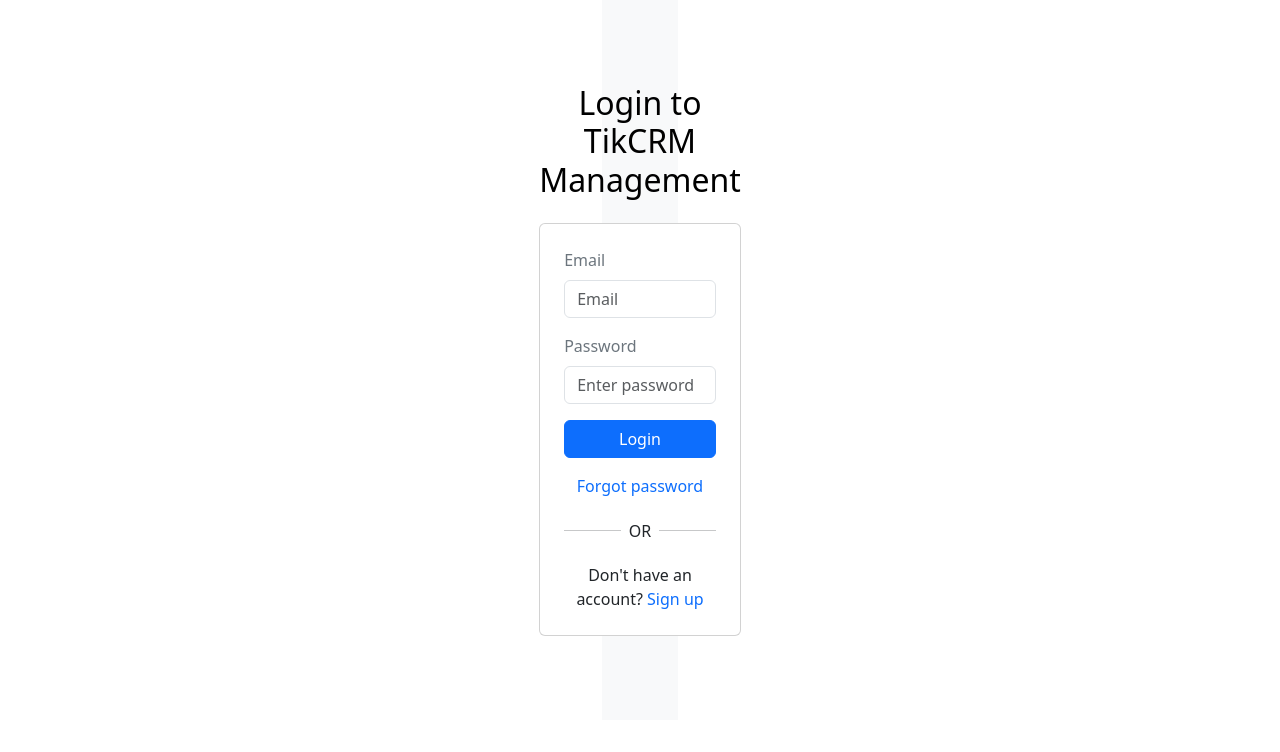
Repository: chaolaolo/tikcrm-fe
Page: /
An editor plug-in stored every save of this project. The page is shown before and after the next save, followed by the edit.
The browser window is 1280 px wide. The pictures show the whole page.
The project was rebuilt for these pictures with package versions that can differ from the ones it lists, and the page was loaded fresh each time. Also part of the build but not shown: vite.config.ts, src/pages/Home/Settings.tsx, src/pages/Home/HomePage.tsx. Imported but missing from the stored project, and not drawn on this page: src/pages/Home/Dashboard, src/pages/Register/RegisterPage.

Above is the page before, as saved 2025-05-22 22:06:38.

After the next save:
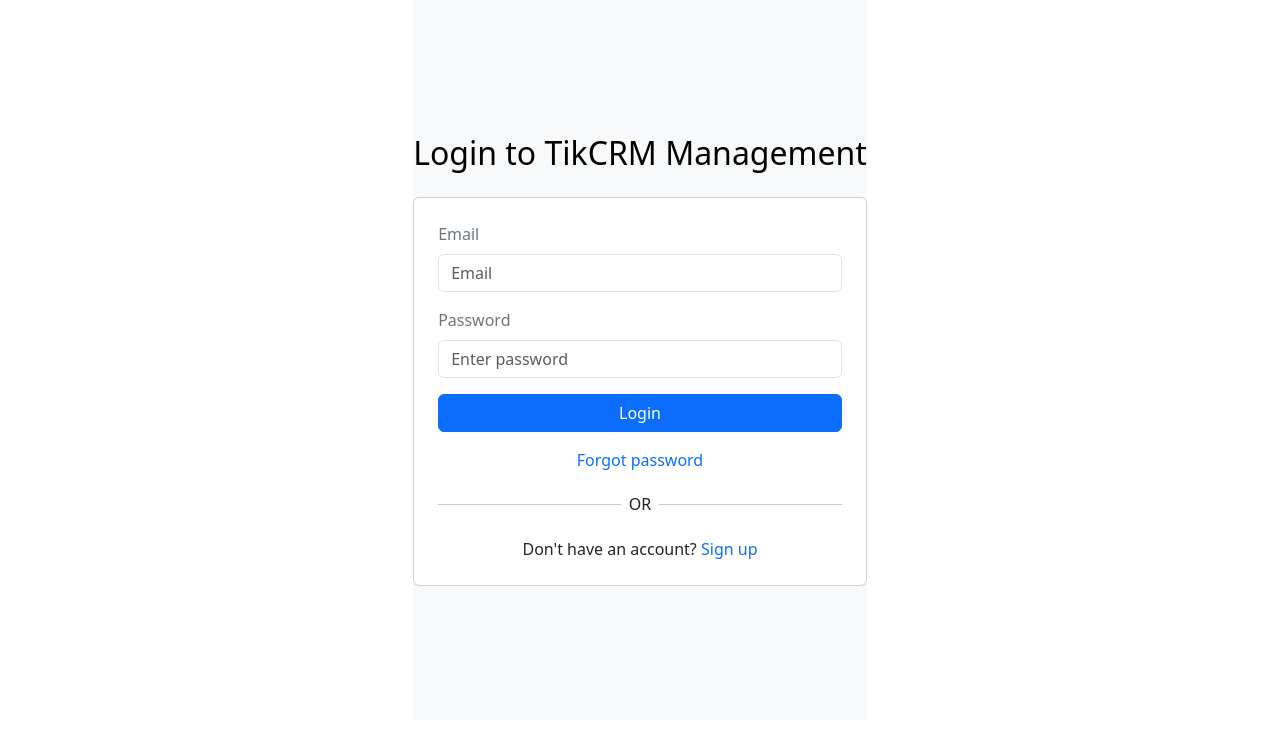
Saved 13 s later.
--- a/src/pages/Auth/LoginPage.tsx
+++ b/src/pages/Auth/LoginPage.tsx
@@ -3,7 +3,7 @@
 
 const LoginPage: React.FC = () => {
   return (
-    <div className="container" style={{ width: '100px', minHeight: '100vh' }}>
+    <div className="container" style={{ width: '100%', maxWidth: '600px', minHeight: '100vh' }}>
     <div className=" d-flex justify-content-center align-items-center bg-light" style={{ minHeight: '100vh' }}>
       <div>
         <h2 className="text-center mb-4 text-black">Login to TikCRM Management</h2>
